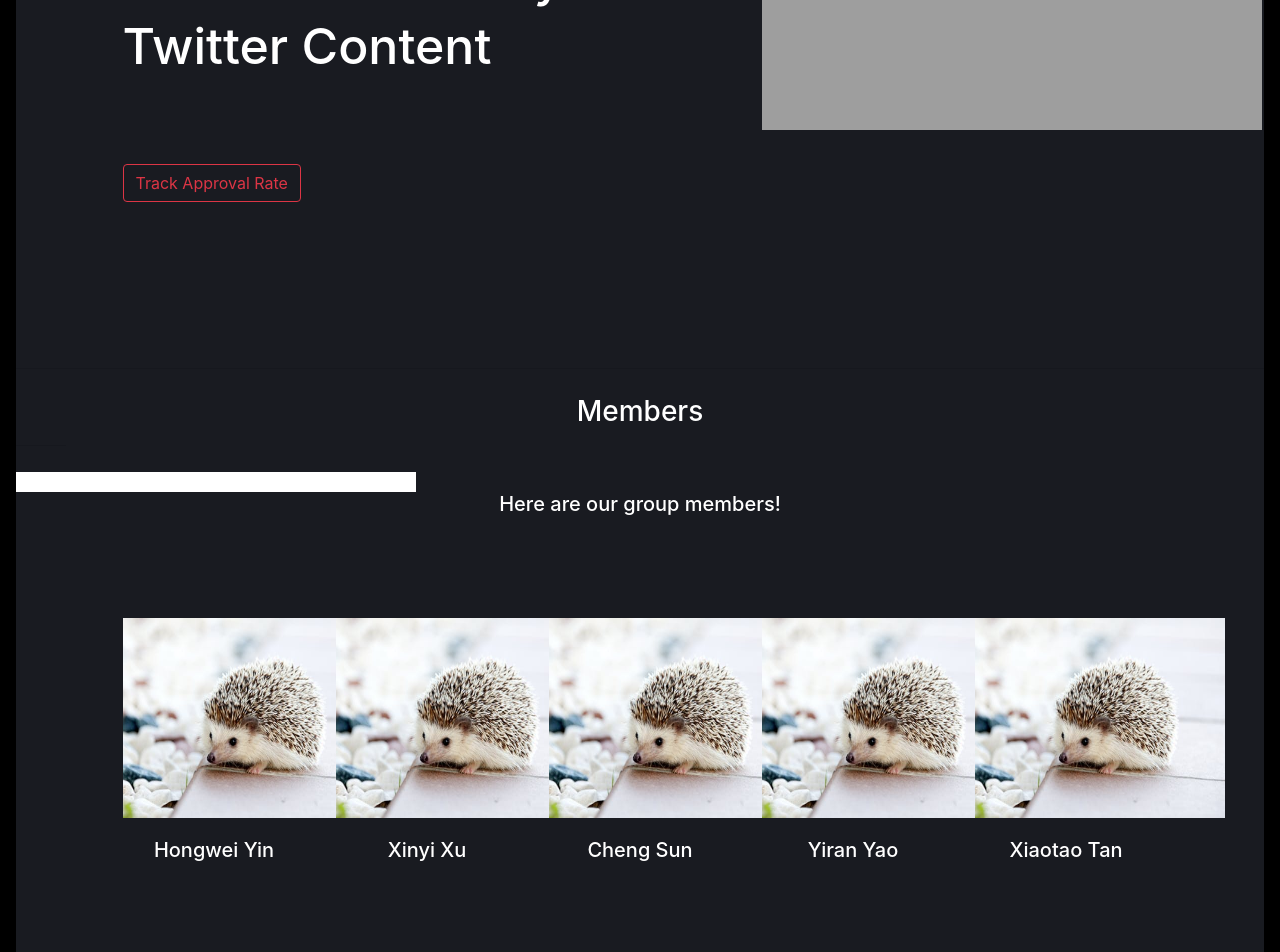
Repository: gusyi/COMP90024_Team29
Page: frontend/templates/frontend/home.html
The author's editor kept a copy of each file at every save. The page is drawn from the files as they stood at one save, then again after the next save.
The browser window is 1280 px wide. The pictures show the part of the page from y = 549 to 1501 px (the page is 1575 px tall).
Pictures or frames that could not be fetched are drawn as grey boxes. Some web libraries are served in a nearby version. The template is drawn by Django 3.2. The application's start-up code is not run. The template is opened directly, without the code that normally fills it, so the values that code supplies are empty.

Above is the page before, as saved 2020-05-25 23:42:52.

After the next save:
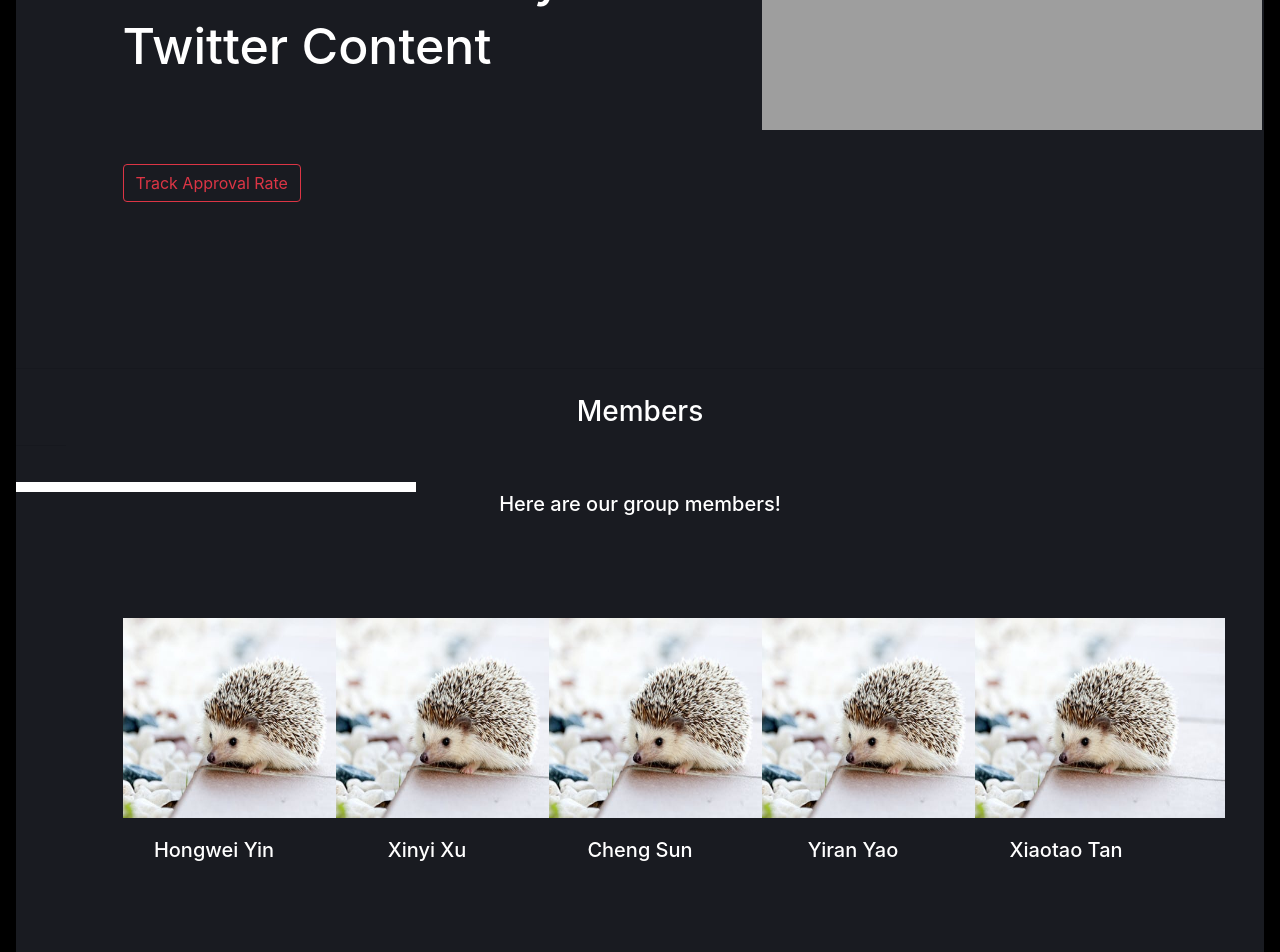
Saved 13 s later.
--- a/backend/frontend/templates/frontend/home.html
+++ b/backend/frontend/templates/frontend/home.html
@@ -40,7 +40,7 @@
     <h3  style="text-align: center;color:white;"> Members</h3>
     <hr style="width:50px;text-align:center;color:white;margin-left:0">
     <svg height="30" width="1000">
-        <line x1="0" y1="20" x2="400" y2="20" style="stroke:rgb(255,255,255);stroke-width:20" />
+        <line x1="0" y1="30" x2="400" y2="30" style="stroke:rgb(255,255,255);stroke-width:20" />
     </svg>
     <h5  style="text-align: center;color:white;"> Here are our group members!</h5>
     <br>
